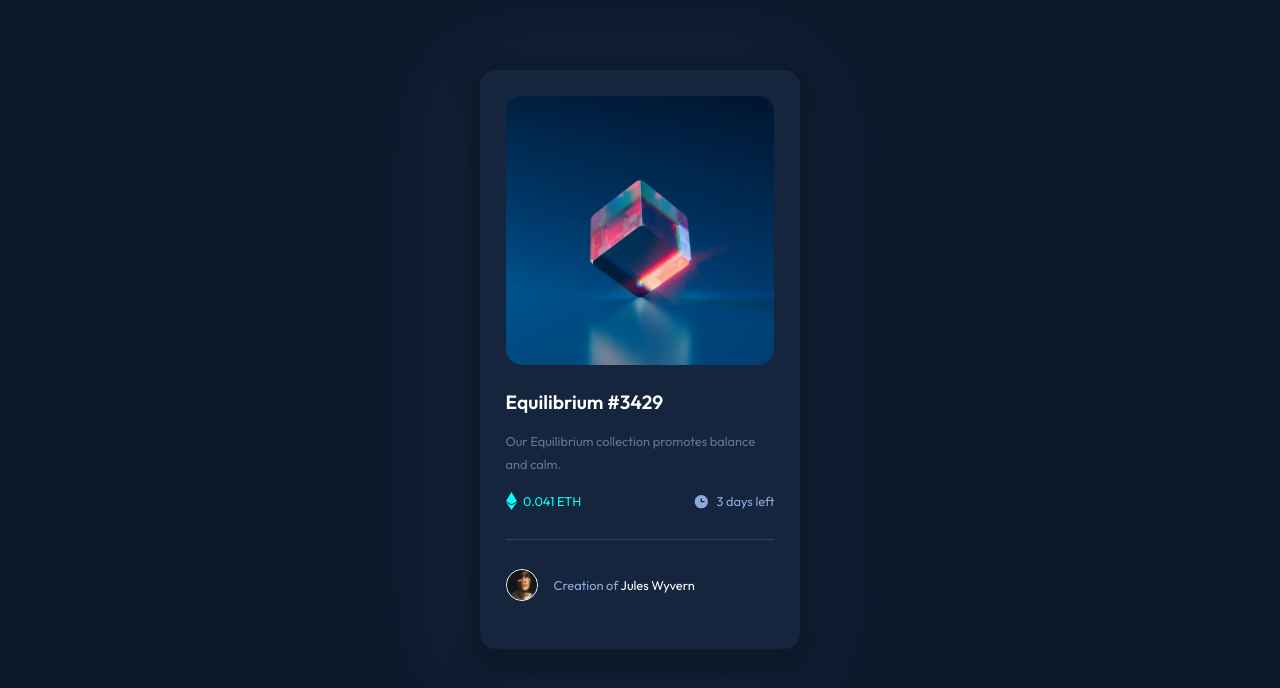
Repository: thaibaocoder1/nft-preview-card-component
Page: index.html
An editor plug-in stored every save of this project. The page is shown before and after a run of saves, followed by the edit.
The browser window is 1280 px wide. The pictures show the whole page.

Above is the page before, as saved 2023-01-06 20:08:51.

### index.html
<!DOCTYPE html>
<html lang="en">
<head>
  <meta charset="UTF-8">
  <meta name="viewport" content="width=device-width, initial-scale=1.0">
  <link rel="icon" type="image/png" sizes="32x32" href="./images/favicon-32x32.png">
  <title>Frontend Mentor | NFT preview card component</title>
  <link rel="stylesheet" href="./images/favicon-32x32.png">
  <link rel="stylesheet" href="./style.css">
  <style>
    .attribution { font-size: 11px; text-align: center; }
    .attribution a { color: hsl(228, 45%, 44%); }
  </style>
</head>
<body>
  <main class="container">
      <div class="modal">
        <img src="./images/image-equilibrium.jpg" alt="Image" class="container-img">
        <div class="overlay"></div>
          <a href="#" class="icon" title=""></a>
      </div>
    <div class="container-content">
      <h2 class="container-heading">Equilibrium #3429</h2>
      <p class="container-desc">Our Equilibrium collection promotes balance and calm.</p>
      <section class="container-date">
        <div class="container-date-right">
          <img src="./images/icon-ethereum.svg" alt="" class="container-date--image">
          <span class="container-date--text">
            0.041 ETH
          </span>
        </div>
        <div class="container-date-left">
          <img src="./images/icon-clock.svg" alt="" class="container-date--image">
          <span class="container-date--text">
            3 days left
          </span>
        </div>
      </section>
      <hr id="mark">
      <div class="container-footer">
        <img src="./images/image-avatar.png" alt="" class="container-date--image">
        <small class="container-date--footer">
          Creation of
          <span id="text-marker">Jules Wyvern</span>
        </small>
        </div>
      </div>
    </main>


  <!-- <div class="attribution">
    Challenge by <a href="https://www.frontendmentor.io?ref=challenge" target="_blank">Frontend Mentor</a>.
    Coded by <a href="#">baoDev</a>.
  </div> -->
</body>
</html>
<!-- Equilibrium #3429

Our Equilibrium collection promotes balance and calm.

0.041 ETH
3 days left

Creation of Jules Wyvern -->

### style.css
@import url('https://fonts.googleapis.com/css2?family=Outfit:wght@300;400;600&display=swap');
* {
    margin: 0;
    padding: 0;
    box-sizing: border-box;
}
body {
    text-rendering: optimizeLegibility;
    scroll-behavior: smooth;
    font-family: 'Outfit', sans-serif;
    display: flex;
    align-items: center;
    justify-content: center;
    min-height: calc(100vh - 1px);
    background-color: var(--very-dark-blue-main);
    font-size: 62.5%;
}
:root {
    --soft-blue: hsl(215, 51%, 70%);
    --cyan-color: hsl(178, 100%, 50%);
    --very-dark-blue-main: hsl(217, 54%, 11%);
    --very-dark-blue-card: hsl(216, 50%, 16%);
    --very-dark-blue-line: hsl(215, 32%, 27%);
    --white-color: hsl(0, 0%, 100%);
}
.container {
    width: 320px;
    background-color: var(--very-dark-blue-card);
    text-align: center;
    border-radius: 1rem;
    box-shadow: 0rem 10px 1rem 15px var(--very-dark-blue-main),
    -10px 12px 6rem 2rem var(--very-dark-blue-card);
}
.container .modal {
    width: 20rem;
    height: 20rem;
    cursor: pointer;
    padding: 1.6rem;
    position: relative;
    overflow: hidden;
}
.container .container-img {
    max-width: 100%;
    height: auto;
    border-radius: 1rem;
    object-fit: cover;
    position: relative;
    display: block;
}
.container .container-img::before {
    content: "";
    width: 100%;
    height: 100%;
    border-radius: 1rem;
    background-color: var(--cyan-color);
    position: absolute;
    left: 0;
    top: 0;
    z-index: 2;
}
.container .container-img:hover::before {
    opacity: 1;
}
/* .container .container-img:hover {
    opacity: 0.8;
} */
.container .container-content {
    padding: 0 1.6rem 3rem 1.6rem;
    text-align: left;
}
.container .container-content .container-heading {
    color: var(--white-color);
    font-size: 1.2rem;
    padding-bottom: 1rem;
    transition: color 0.25s linear;
}
.container .container-content .container-desc {
    color: var(--soft-blue);
    font-size: 0.8rem;
    font-weight: 400;
    opacity: 0.6;
    line-height: 1.8;
}
.container .container-date {
    display: flex;
    align-items: center;
    padding: 1rem 0 1.8rem;
}
.container-date .container-date-right, .container .container-date-left {
    display: flex;
    align-items: center;
    justify-content: center;
}
.container .container-date .container-date-left {
    margin-left: auto;
}
.container .container-date--text {
    color: var(--cyan-color);
    font-size: 0.8rem;
    line-height: 1rem;
    text-align: center;
    margin-left: 0.4rem;
}
.container .container-date-left .container-date--text {
    color: var(--soft-blue);
}
#mark {
    border: none;
    width: 100%;
    height: 1px;
    background-color: var(--very-dark-blue-line);
}
.container .container-footer {
    padding-top: 1.8rem;
    display: flex;
    align-items: center;
}
.container .container-footer .container-date--image {
    width: 2rem;
    height: 2rem;
    border-radius: 50%;
    border: 1px solid var(--white-color);
}
.container .container-footer .container-date--footer {
    margin-left: 1rem;
    font-size: 0.8rem;
    color: var(--soft-blue);
}
.container .container-footer #text-marker {
    color: #fff;
    transition: color 0.25s linear;
}

/* Hover */
.container .container-content .container-heading:hover {
    color: var(--cyan-color);
    cursor: pointer;
}
.container .container-footer #text-marker:hover {
    color: var(--cyan-color);
    cursor: pointer;
}

/* Responsive */
@media screen and (max-width: 375px) {
    .container {
        width: calc(100% - 2rem);
    }
}

After the next 8 saves:
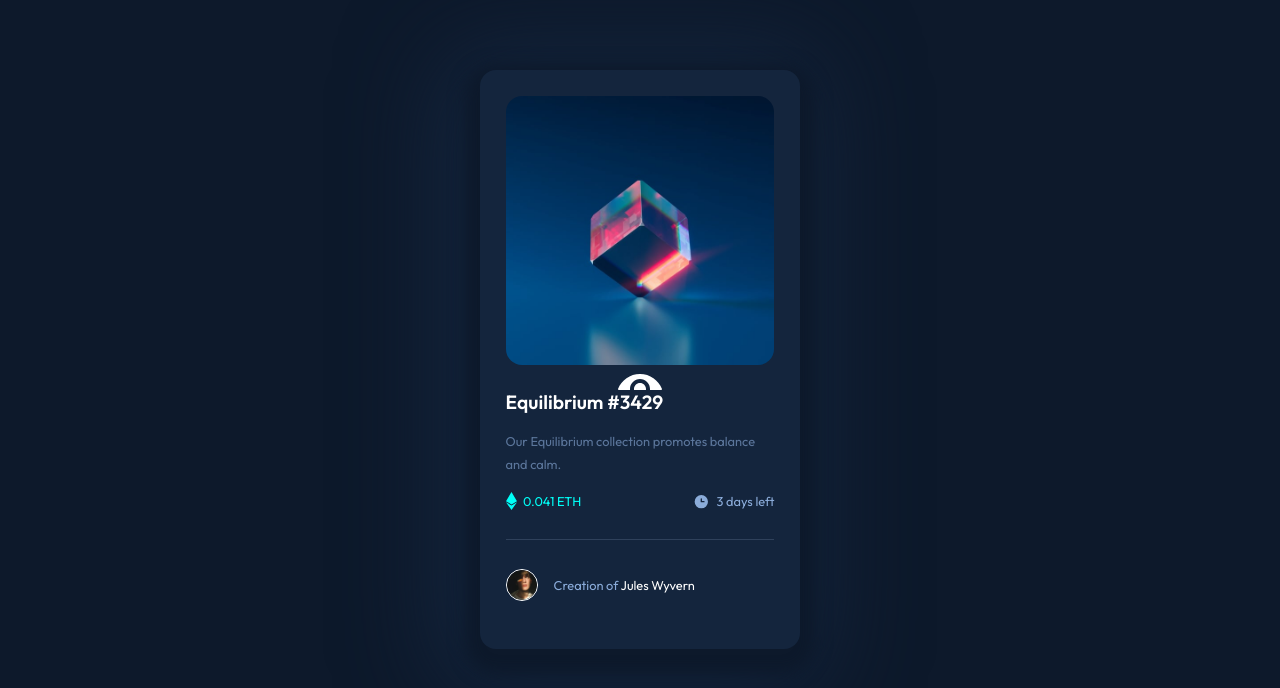
The 8 saves are shown as one change because they came seconds apart.
The last was saved 14 s later.
--- a/index.html
+++ b/index.html
@@ -17,7 +17,9 @@
       <div class="modal">
         <img src="./images/image-equilibrium.jpg" alt="Image" class="container-img">
         <div class="overlay"></div>
-          <a href="#" class="icon" title=""></a>
+          <a href="#" class="icon" title="hover">
+              <img src="./images/icon-view.svg" alt="">
+          </a>
       </div>
     <div class="container-content">
       <h2 class="container-heading">Equilibrium #3429</h2>
